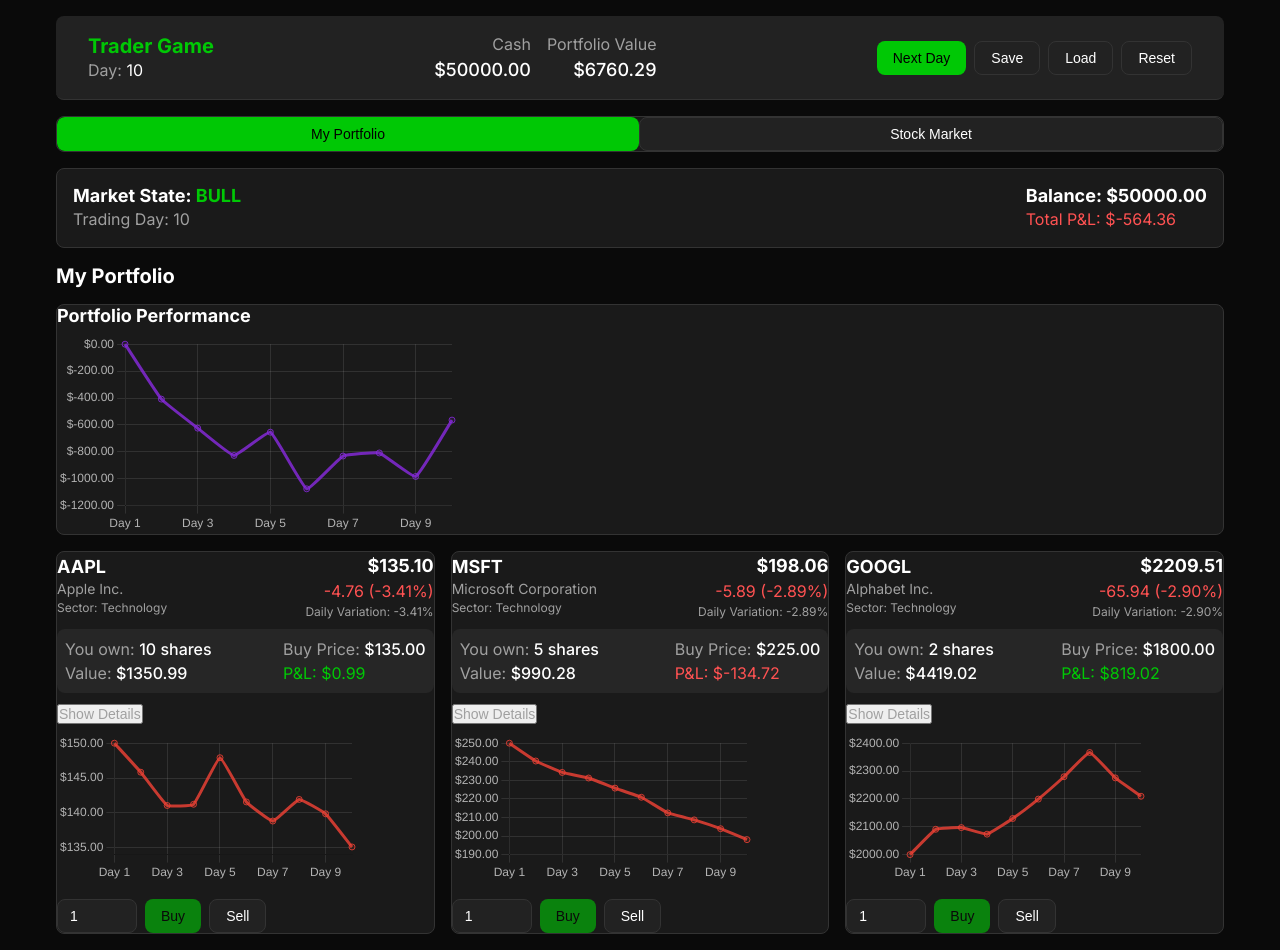
Repository: jp-valino/tradergame
Page: / (app in web-ui/)
An editor plug-in stored every save of this project. The page is shown before and after the next save, followed by the edit.
The browser window is 1280 px wide. The pictures show the whole page.
Some web fonts or font styles are not loaded; a fallback is used. The project was rebuilt for these pictures with package versions that can differ from the ones it lists, and the page was loaded fresh each time. Also part of the build but not shown: web-ui/src/components/StockMarket.tsx.

Above is the page before, as saved 2025-03-14 19:57:15.

After the next save:
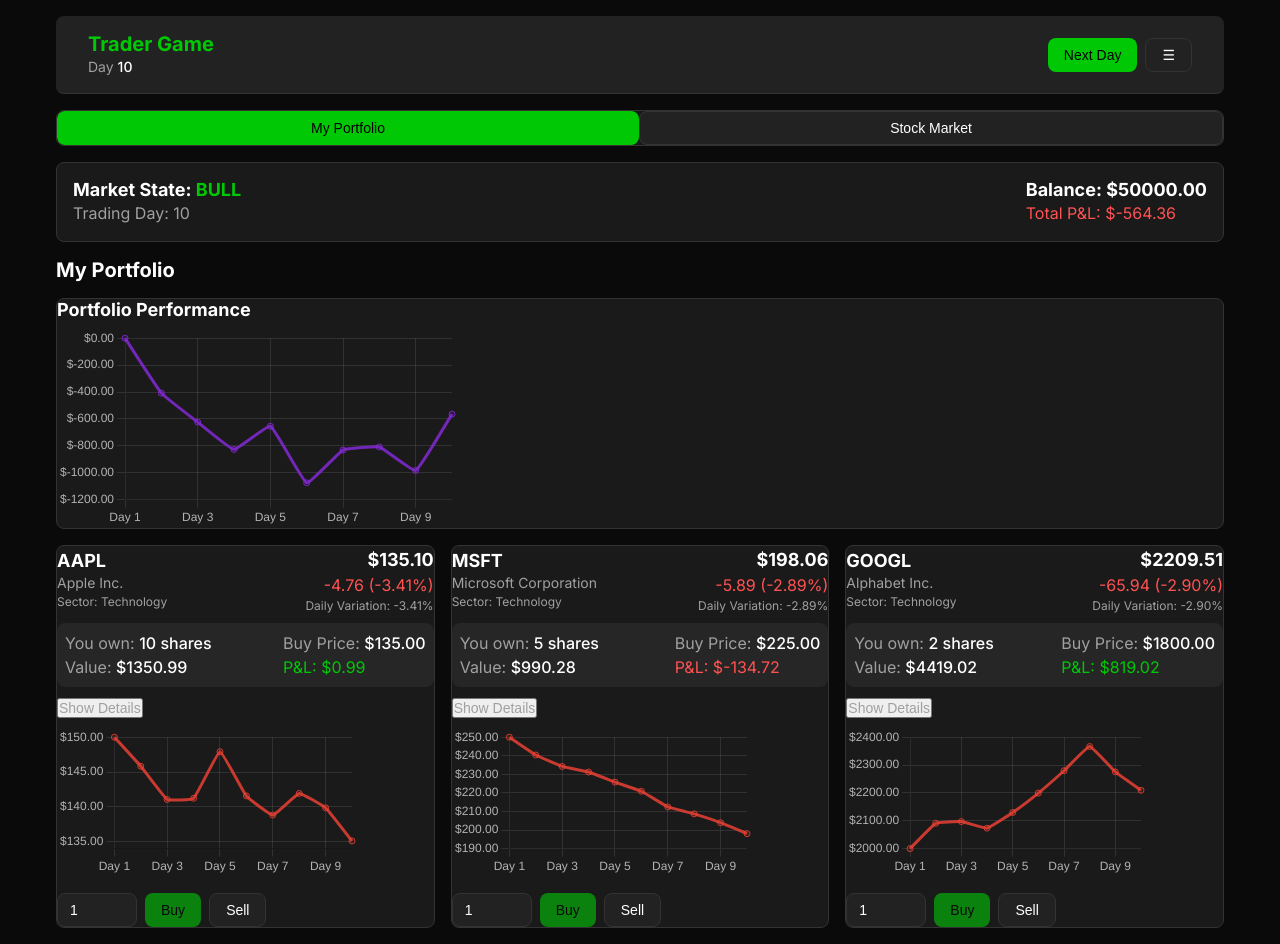
Saved 23 s later.
--- a/web-ui/src/components/Header.tsx
+++ b/web-ui/src/components/Header.tsx
@@ -19,18 +19,36 @@
   return (
     <header className="bg-secondary p-4 mb-4 rounded">
       <div className="container flex justify-between items-center">
-        <div>
-          <h1 className="text-xl font-bold text-accent">Trader Game</h1>
+        <div className="flex items-center">
+          <div className="mr-8">
+            <h1 className="text-xl font-bold text-accent">Trader Game</h1>
+            {portfolio && (
+              <p className="text-secondary text-sm">
+                Day <span className="text-primary font-medium">{portfolio.tradingDay}</span>
+              </p>
+            )}
+          </div>
+
           {portfolio && (
-            <p className="text-secondary">
-              Day: <span className="text-primary">{portfolio.tradingDay}</span>
-            </p>
+            <div className="hidden md:flex items-center">
+              <div className="stock-badge mr-2 badge-bull">
+                <span className={`${portfolio.marketState === 'BULL' ? 'text-success' : 'text-secondary'}`}>
+                  BULL
+                </span>
+              </div>
+              <div className="stock-badge mr-2 badge-bear">
+                <span className={`${portfolio.marketState === 'BEAR' ? 'text-error' : 'text-secondary'}`}>
+                  BEAR
+                </span>
+              </div>
+            </div>
           )}
         </div>
-        <div className="flex gap-4">
+
+        <div className="hidden md:flex gap-6">
           {portfolio && (
             <div className="text-right">
-              <p className="text-secondary">Cash</p>
+              <p className="text-secondary text-xs">Cash</p>
               <p className="text-lg font-medium">
                 ${portfolio.cash.toFixed(2)}
               </p>
@@ -38,24 +56,78 @@
           )}
           {portfolio && (
             <div className="text-right">
-              <p className="text-secondary">Portfolio Value</p>
+              <p className="text-secondary text-xs">Portfolio Value</p>
               <p className="text-lg font-medium">
                 ${portfolio.portfolioValue.toFixed(2)}
               </p>
             </div>
           )}
+          {portfolio && (
+            <div className="text-right">
+              <p className="text-secondary text-xs">Total P&L</p>
+              <p className={`text-lg font-medium ${portfolio.totalPnl >= 0 ? 'text-success' : 'text-error'}`}>
+                ${portfolio.totalPnl.toFixed(2)}
+              </p>
+            </div>
+          )}
         </div>
+
         <div className="flex gap-2">
           <button className="btn" onClick={onProgressDay}>
             Next Day
           </button>
-          <button className="btn btn-secondary" onClick={onSave}>
+          <div className="hidden md:flex gap-2">
+            <button className="btn btn-secondary" onClick={onSave}>
+              Save
+            </button>
+            <button className="btn btn-secondary" onClick={onLoad}>
+              Load
+            </button>
+            <button className="btn btn-secondary" onClick={onReset}>
+              Reset
+            </button>
+          </div>
+          <div className="md:hidden">
+            <button className="btn btn-secondary p-2" onClick={() => {
+              const menu = document.getElementById('mobile-menu');
+              if (menu) {
+                menu.classList.toggle('hidden');
+              }
+            }}>
+              ☰
+            </button>
+          </div>
+        </div>
+      </div>
+
+      {/* Mobile menu */}
+      <div id="mobile-menu" className="hidden md:hidden mt-4 p-4 bg-secondary rounded fade-in">
+        <div className="flex justify-between mb-4">
+          {portfolio && (
+            <div>
+              <p className="text-secondary text-xs">Cash</p>
+              <p className="text-md font-medium">
+                ${portfolio.cash.toFixed(2)}
+              </p>
+            </div>
+          )}
+          {portfolio && (
+            <div>
+              <p className="text-secondary text-xs">Portfolio Value</p>
+              <p className="text-md font-medium">
+                ${portfolio.portfolioValue.toFixed(2)}
+              </p>
+            </div>
+          )}
+        </div>
+        <div className="flex gap-2 justify-between">
+          <button className="btn btn-secondary flex-1" onClick={onSave}>
             Save
           </button>
-          <button className="btn btn-secondary" onClick={onLoad}>
+          <button className="btn btn-secondary flex-1" onClick={onLoad}>
             Load
           </button>
-          <button className="btn btn-secondary" onClick={onReset}>
+          <button className="btn btn-secondary flex-1" onClick={onReset}>
             Reset
           </button>
         </div>
